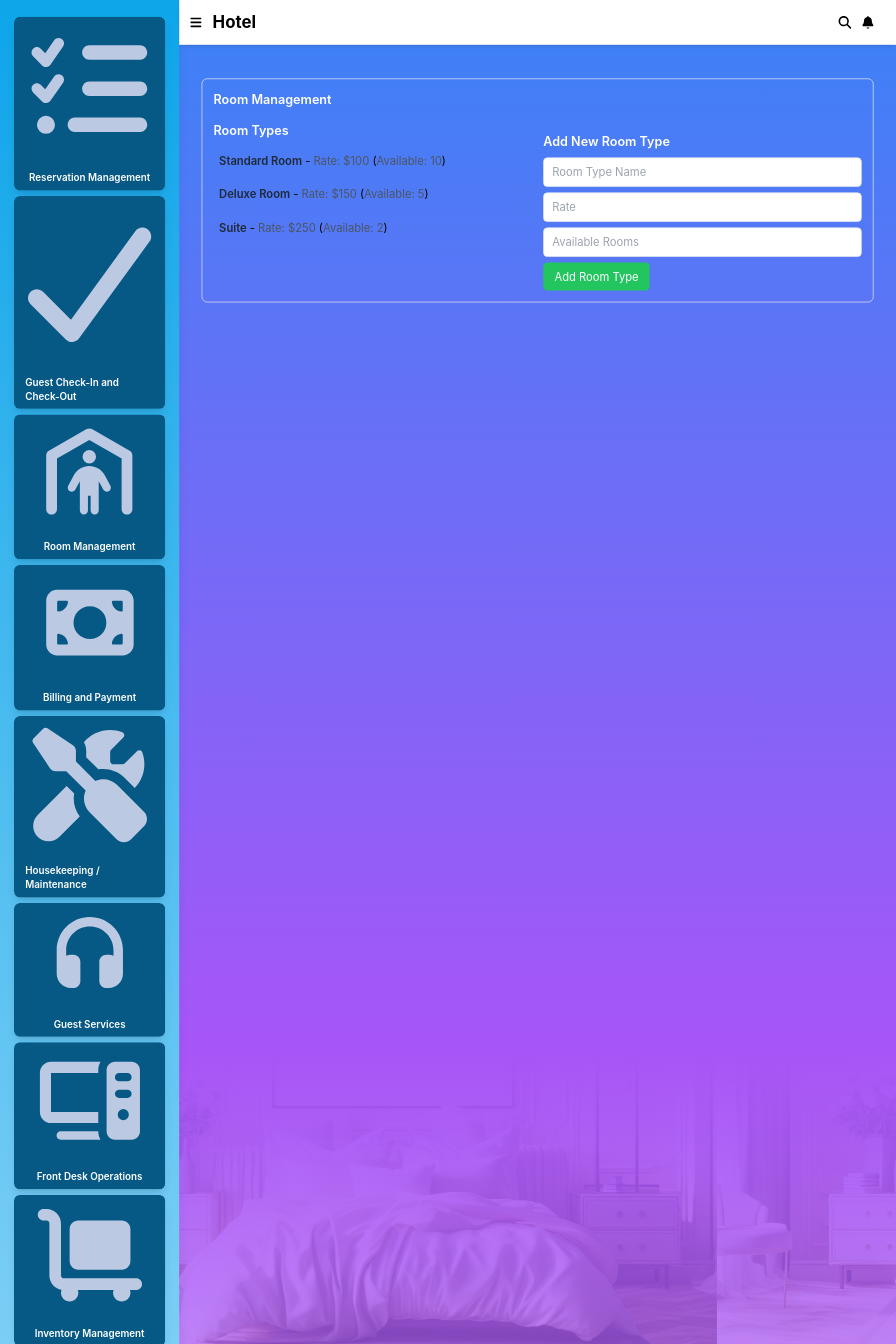
Repository: musabismael/Hotel
Page: /room_management
An editor plug-in stored every save of this project. The page is shown before and after a run of saves, followed by the edit.
The browser window is 1280 px wide. The pictures show the part of the page from y = 0 to 1920 px (the page is 3016 px tall), at 70% of full size.
The project was rebuilt for these pictures with package versions that can differ from the ones it lists, and the page was loaded fresh each time. Also part of the build but not shown: vite.config.js, src/App.css, src/pages/ReservationManagement.jsx, src/pages/GuestCheckInOut.jsx, src/pages/BillingPayment.jsx, src/pages/HousekeepingMaintenance.jsx, src/pages/GuestServices.jsx, src/pages/FrontDeskOperations.jsx and 5 more.

Above is the page before, as saved 2023-10-01 19:14:44.

### index.html
<!doctype html>
<html lang="en">
  <head>
    <meta charset="UTF-8" />
    <link rel="icon" type="image/svg+xml" href="/vite.svg" />
    <meta name="viewport" content="width=device-width, initial-scale=1.0" />
    <title>Hotel</title>
  </head>
  <body>
    <div id="root"></div>
    <script type="module" src="/src/main.jsx"></script>
  </body>
</html>

### src/App.jsx
import "./App.css";
import { createBrowserRouter } from "react-router-dom";
import { RouterProvider } from "react-router";
import LandingPageLayout from "./layouts/LandingPageLayout";
import ReservationManagement from "./pages/ReservationManagement";
import GuestCheckInOut from "./pages/GuestCheckInOut";
import RoomManagement from "./pages/RoomManagement";
import BillingPayment from "./pages/BillingPayment";
import HousekeepingMaintenance from "./pages/HousekeepingMaintenance";
import GuestServices from "./pages/GuestServices";
import FrontDeskOperations from "./pages/FrontDeskOperations";
import InventoryManagement from "./pages/InventoryManagement";
import ReportingAnalytics from "./pages/ReportingAnalytics";
import SecurityAccessControl from "./pages/SecurityAccessControl";
import PointOfSale from "./pages/PointOfSale";
import CRM from "./pages/CRM"; // Import the CRM component
const router = createBrowserRouter([
  {
    path: "/",
    element: <LandingPageLayout />,
    children: [
      {
        path: "/reservation_management",
        element: <ReservationManagement />,
      },
      {
        path: "/guestCheckInOut",
        element: <GuestCheckInOut />,
      },
      {
        path: "/billing_and_payment",
        element: <BillingPayment />,
      },
      {
        path: "/room_management",
        element: <RoomManagement />,
      },
      {
        path: "/housekeeping_maintenance",
        element: <HousekeepingMaintenance />,
      },
      {
        path: "/guest_services",
        element: <GuestServices />,
      }, {
        path: "/desk_operations",
        element: <FrontDeskOperations />,
      }, {
        path: "/security_control",
        element: <SecurityAccessControl />,
      },
      {
        path: "/reporting_and_analytics",
        element: <ReportingAnalytics />,
      }, {
        path: "/inventory_management",
        element: <InventoryManagement />,
      },
      {
        path: "/pos",
        element: <PointOfSale />,
      },
      {
        path: "/crm",
        element: <CRM />,
      },
    ],
  },
]);

const App = () => <RouterProvider router={router} />;
export default App;

### src/index.css
@tailwind base;
@tailwind components;
@tailwind utilities;

:root {
  font-family: Inter, system-ui, Avenir, Helvetica, Arial, sans-serif;
  line-height: 1.5;
  font-weight: 400;
  background-image: url("cover.jpeg"), url("cover.jpeg");
  background-color:#397398;

  font-synthesis: none;
  text-rendering: optimizeLegibility;
  -webkit-font-smoothing: antialiased;
  -moz-osx-font-smoothing: grayscale;
  -webkit-text-size-adjust: 100%;
}

### src/layouts/LandingPageLayout.jsx
import { Outlet } from "react-router";
import Header from "../component/Header";
import Sidebar from "../component/Sidebar";
const LandingPageLayout = () => {
  return (
    <div className="flex bg-gradient-to-b from-blue-500 via-purple-500">
      <Sidebar />

      <div className="flex-1">
        <Header />
        <main className="p-4">
          <Outlet />
        </main>
      </div>
    </div>
  );
};

export default LandingPageLayout;

### src/pages/RoomManagement.jsx
import React, { useState } from 'react';

const RoomManagement = () => {
  const [roomTypes, setRoomTypes] = useState([
    { id: 1, name: 'Standard Room', rate: 100, available: 10 },
    { id: 2, name: 'Deluxe Room', rate: 150, available: 5 },
    { id: 3, name: 'Suite', rate: 250, available: 2 },
  ]);

  const [selectedRoomType, setSelectedRoomType] = useState(null);
  const [newRoomType, setNewRoomType] = useState({ name: '', rate: '', available: '' });
  const [isEditing, setIsEditing] = useState(false);

  const handleRoomTypeClick = (roomType) => {
    setSelectedRoomType(roomType);
    setIsEditing(false);
  };

  const handleAddRoomType = () => {
    // Add a new room type to the list
    setRoomTypes([...roomTypes, newRoomType]);
    // Clear the input fields
    setNewRoomType({ name: '', rate: '', available: '' });
  };

  const handleDeleteRoomType = () => {
    // Remove the selected room type from the list
    if (selectedRoomType) {
      const updatedRoomTypes = roomTypes.filter((room) => room.id !== selectedRoomType.id);
      setRoomTypes(updatedRoomTypes);
      setSelectedRoomType(null);
    }
  };

  const handleEditRoomType = () => {
    setIsEditing(true);
  };

  const handleUpdateRoomType = () => {
    // Update the selected room type with new data
    if (selectedRoomType) {
      const updatedRoomTypes = roomTypes.map((room) =>
        room.id === selectedRoomType.id ? { ...room, ...newRoomType } : room
      );
      setRoomTypes(updatedRoomTypes);
      setSelectedRoomType(null);
      setIsEditing(false);
    }
  };

  return (
    <div className="container mx-auto p-4">
      <div className="my-4 p-4 border rounded-lg">
        <h2 className="text-lg text-white font-semibold mb-4">Room Management</h2>
        <div className="grid grid-cols-2 gap-4">
          <div>
            <h3 className="text-lg text-white font-semibold mb-2">Room Types</h3>
            <ul className="space-y-2">
              {roomTypes.map((roomType) => (
                <li
                  key={roomType.id}
                  className={`cursor-pointer ${
                    selectedRoomType && selectedRoomType.id === roomType.id
                      ? 'bg-blue-200'
                      : 'hover:bg-gray-100'
                  } p-2 rounded-lg`}
                  onClick={() => handleRoomTypeClick(roomType)}
                >
                  <span className="text-gray-800 font-semibold">{roomType.name}</span> -{' '}
                  <span className="text-gray-600">Rate: ${roomType.rate}</span> (
                  <span className="text-gray-600">Available: {roomType.available}</span>)
                </li>
              ))}
            </ul>
          </div>
          <div>
            {selectedRoomType && (
              <>
                <h3 className="text-lg text-white font-semibold mb-2">
                  {isEditing ? 'Edit Room Type' : 'Selected Room Type'}
                </h3>
                <div className="mb-2">
                  <input
                    type="text"
                    placeholder="Room Type Name"
                    className="w-full border rounded-md py-2 px-3"
                    value={isEditing ? newRoomType.name : selectedRoomType.name}
                    onChange={(e) => setNewRoomType({ ...newRoomType, name: e.target.value })}
                    readOnly={!isEditing}
                  />
                </div>
                <div className="mb-2">
                  <input
                    type="number"
                    placeholder="Rate"
                    className="w-full border rounded-md py-2 px-3"
                    value={isEditing ? newRoomType.rate : selectedRoomType.rate}
                    onChange={(e) => setNewRoomType({ ...newRoomType, rate: e.target.value })}
                    readOnly={!isEditing}
                  />
                </div>
                <div className="mb-2">
                  <input
                    type="number"
                    placeholder="Available Rooms"
                    className="w-full border rounded-md py-2 px-3"
                    value={isEditing ? newRoomType.available : selectedRoomType.available}
                    onChange={(e) =>
                      setNewRoomType({ ...newRoomType, available: e.target.value })
                    }
                    readOnly={!isEditing}
                  />
                </div>
                {isEditing ? (
                  <button
                    type="button"
                    className="bg-green-500 text-white py-2 px-4 rounded-md"
                    onClick={handleUpdateRoomType}
                  >
                    Update Room Type
                  </button>
                ) : (
                  <>
                    <button
                      type="button"
                      className="bg-red-500 text-white py-2 px-4 rounded-md"
                      onClick={handleDeleteRoomType}
                    >
                      Delete Room Type
                    </button>
                    <button
                      type="button"
                      className="bg-blue-500 text-white py-2 px-4 rounded-md ml-2"
                      onClick={handleEditRoomType}
                    >
                      Edit Room Type
                    </button>
                  </>
                )}
              </>
            )}
            <h3 className="text-lg text-white font-semibold mt-4 mb-2">Add New Room Type</h3>
            <div className="mb-2">
              <input
                type="text"
                placeholder="Room Type Name"
                className="w-full border rounded-md py-2 px-3"
                value={newRoomType.name}
                onChange={(e) => setNewRoomType({ ...newRoomType, name: e.target.value })}
              />
            </div>
            <div className="mb-2">
              <input
                type="number"
                placeholder="Rate"
                className="w-full border rounded-md py-2 px-3"
                value={newRoomType.rate}
                onChange={(e) => setNewRoomType({ ...newRoomType, rate: e.target.value })}
              />
            </div>
            <div className="mb-2">
              <input
                type="number"
                placeholder="Available Rooms"
                className="w-full border rounded-md py-2 px-3"
                value={newRoomType.available}
                onChange={(e) => setNewRoomType({ ...newRoomType, available: e.target.value })}
              />
            </div>
            <button
              type="button"
              className="bg-green-500 text-white py-2 px-4 rounded-md"
              onClick={handleAddRoomType}
            >
              Add Room Type
            </button>
          </div>
        </div>
      </div>
    </div>
  );
};

export default RoomManagement;

### src/component/Header.jsx
import { FontAwesomeIcon } from "@fortawesome/react-fontawesome";
import { faBars, faBell, faSearch } from "@fortawesome/free-solid-svg-icons";

function Header() {
  return (
    <header className="bg-white shadow-md p-4 flex justify-between items-center sticky top-0 w-full  ">
      <div className="flex items-center">
        <FontAwesomeIcon
          icon={faBars}
          className="text-black mr-4 text-lg color"
        />
        <h1 className="text-2xl font-bold text-black">Hotel</h1>
      </div>
      <div className="flex items-center">
        <FontAwesomeIcon icon={faSearch} className="text-black text-lg mr-4" />
        <FontAwesomeIcon icon={faBell} className="text-black text-lg mr-4" />

        {/* Add other icons or elements on the right side here */}
      </div>
    </header>
  );
}

export default Header;

### src/component/Sidebar.jsx
import Card from "./Card";
import {
  faPersonShelter,
  faListCheck,
  faCheck,
  faMoneyBill,
  faScrewdriverWrench,
  faHeadphones,
  faComputer,
  faCartFlatbed,
  faPersonMilitaryPointing,
  faChartBar,
  faKey,
  faBookmark,
} from "@fortawesome/free-solid-svg-icons";

const Sidebar = () => {
  const cardData = [
    {
      id: 1,
      title: "Reservation Management",
      description:
        "Online booking, availability calendar, and booking modification.",
      icon: faListCheck,
      link: "/reservation_management",
    },
    {
      id: 2,
      title: "Guest Check-In and Check-Out",
      description: "Guest registration, check-out, and key card issuance.",
      icon: faCheck,
      link: "/GuestCheckInOut",
    },
    {
      id: 3,
      title: "Room Management",
      description: "Room assignment, status updates, and inventory tracking.",
      icon: faPersonShelter,
      link: "/room_Management",
    },
    {
      id: 4,
      title: "Billing and Payment",
      description: "Invoicing, payment processing, and split billing.",
      icon: faMoneyBill,
      link: "/billing_and_payment",
    },
    {
      id: 5,
      title: "Housekeeping / Maintenance",
      description:
        "Housekeeping schedule, maintenance requests, and inventory management.",
      icon: faScrewdriverWrench,
      link: "/housekeeping_maintenance",
    },
    {
      id: 6,
      title: "Guest Services",
      description:
        "Concierge services, room service, wake-up calls, and laundry services.",
      icon: faHeadphones,
      link: "/guest_services",
    },
    {
      id: 7,
      title: "Front Desk Operations",
      description: "Guest inquiries, check-in/out, and guest profile access.",
      icon: faComputer,
      link: "/desk_operations",
    },
    {
      id: 8,
      title: "Inventory Management",
      description: "Managing hotel supplies and amenities.",
      icon: faCartFlatbed,
      link: "/inventory_management",
    },
    {
      id: 9,
      title: "Reporting and Analytics",
      description: "Generate reports on occupancy, revenue, and key metrics.",
      icon: faChartBar,
      link: "/reporting_and_analytics",
    },

    {
      id: 10,
      title: "Security and Access Control",
      description: "Surveillance camera integration and access control.",
      icon: faKey,
      link: "/security_control",
    },
    {
      id: 11,
      title: "Point of Sale (POS)",
      description:
        "Integration with on-site restaurants, bars, and gift shops.",
      icon: faBookmark,
      link: "/pos",
    },

    {
      id: 12,
      title: "Customer Relationship Management (CRM)",
      description: "Guest profiles, preferences, and loyalty programs.",
      icon: faPersonMilitaryPointing,
      link: "/crm",
    },

    // Add more service/feature objects here
  ];

  const handleCardClick = (id) => {
    console.log(`Card with ID ${id} clicked`);
  };
  return (
    <aside className="p-4 w-1/5 min-h-screen overflow-y-auto bg-gradient-to-b from-sky-500 to-sky-200 shadow-lg">
      <nav>
        {cardData.map((card) => (
          <Card
            key={card.id}
            link={card.link}
            icon={card.icon}
            title={card.title}
            onClick={() => handleCardClick(card.id)}
          />
        ))}
      </nav>
    </aside>
  );
};

export default Sidebar;

### src/component/Card.jsx
import { Link } from "react-router-dom";
import { FontAwesomeIcon } from "@fortawesome/react-fontawesome";
function Card({ link, icon, title, onClick }) {
  return (
    <div
      className="max-w-sm  mx-1 my-2 cursor-pointer shadow-lg rounded-lg overflow-hidden hover:shadow-xl transition duration-300 transform hover:scale-105"
      onClick={onClick}
    >
      <div className="bg-sky-800 rounded-lg overflow-hidden shadow-lg flex flex-col items-center justify-center">
        <Link to={link} className="text-blue-600 hover:text-blue-800">
          <FontAwesomeIcon
            icon={icon}
            size="2xs"
            className=" w-auto p-5 h-auto object-cover"
            style={{ color: "#bbc9e2" }}
          />

          <div className="px-4 py-2 items-center">
            <h3 className=" text-white text-sm  flex flex-col text-ellipsis items-center font-semibold">
              {title}
            </h3>
            {/* Add more content or description here if needed */}
          </div>
        </Link>
      </div>
    </div>
  );
}

export default Card;

### tailwind.config.js
/** @type {import('tailwindcss').Config} */
export default {
  content: [
    "./index.html",
    "./src/**/*.{js,ts,jsx,tsx}",
  ],
  theme: {
    extend: {
      fontFamily: {
        'custom': ['CustomFont', 'sans'],
      },
      textColor: {
        'custom': '#333333', // Custom text color
      },
    },
  },
  plugins: [],
}

Loaded but not shown: src/main.jsx (common file)

After the next 2 saves:
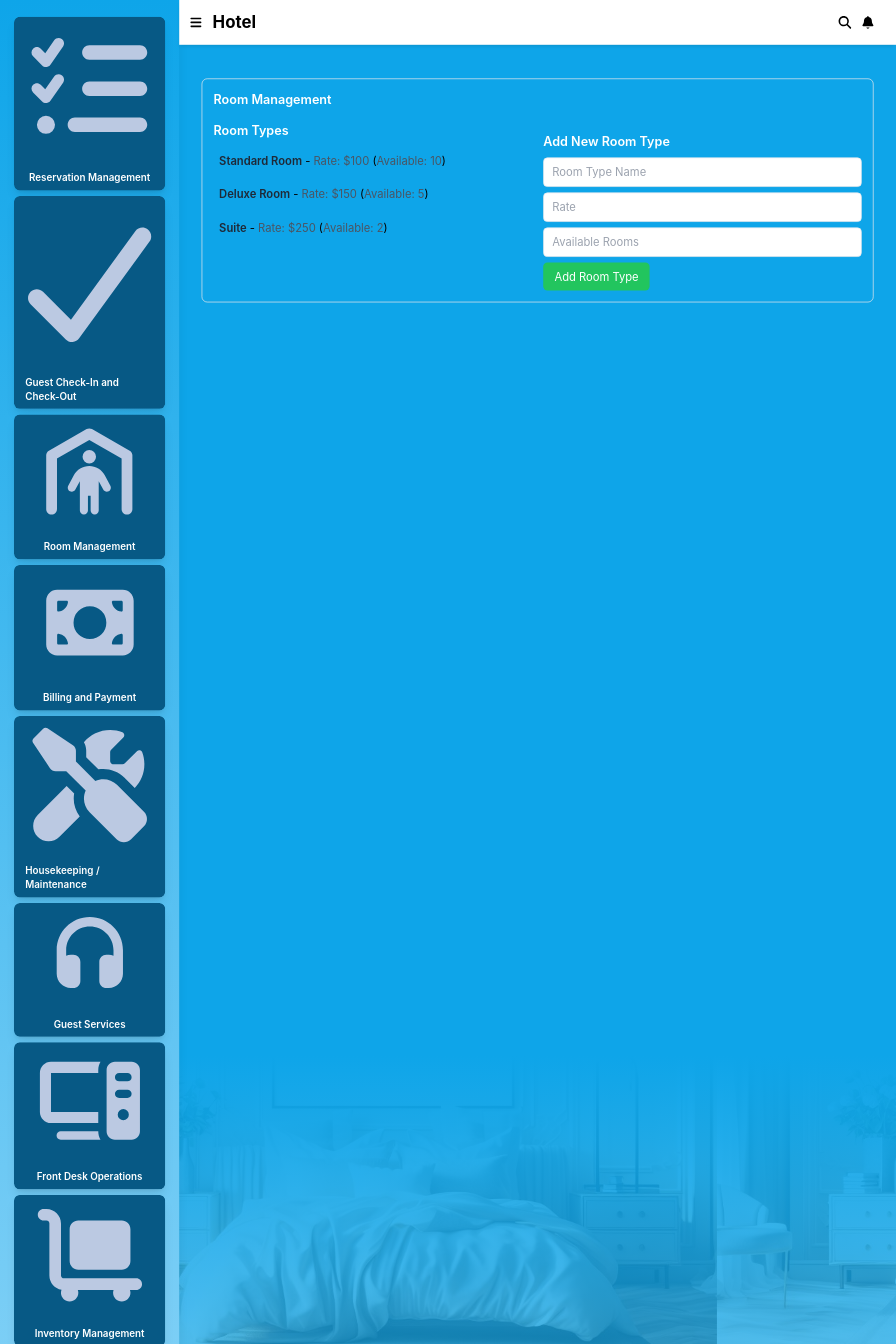
The 2 saves are shown as one change because they came seconds apart.
The last was saved 14 s later.
--- a/src/layouts/LandingPageLayout.jsx
+++ b/src/layouts/LandingPageLayout.jsx
@@ -3,7 +3,7 @@ import Header from "../component/Header";
 import Sidebar from "../component/Sidebar";
 const LandingPageLayout = () => {
   return (
-    <div className="flex bg-gradient-to-b from-blue-500 via-purple-500">
+    <div className="flex bg-gradient-to-b from-sky-500 via-sky-500">
       <Sidebar />
 
       <div className="flex-1">
